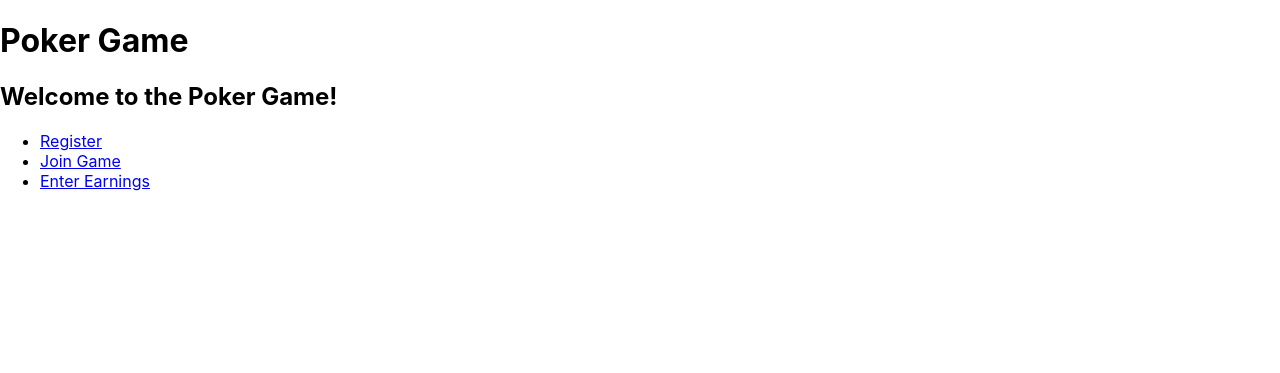
Repository: scripzy/poker-tracker
Page: / (app in poker-website/)
An editor plug-in stored every save of this project. The page is shown before and after the next save, followed by the edit.
The browser window is 1280 px wide. The pictures show the whole page.
The project was rebuilt for these pictures with package versions that can differ from the ones it lists, and the page was loaded fresh each time.

Above is the page before, as saved 2025-02-24 12:54:22.

### poker-website/src/index.js
import React from 'react';
import ReactDOM from 'react-dom/client';
import './index.css';
import App from './App';
import reportWebVitals from './reportWebVitals';

// Create the root element for React 18
const root = ReactDOM.createRoot(document.getElementById('root'));

// Render the App component with React StrictMode for development
root.render(
  <React.StrictMode>
    <App />
  </React.StrictMode>
);

// Report web vitals (performance)
reportWebVitals();

### poker-website/src/App.js
import React from 'react';
import { BrowserRouter as Router, Routes, Route } from 'react-router-dom';
import RegisterForm from './components/RegisterForm';
import CreateGameForm from './components/CreateGameForm';
import JoinGameForm from './components/JoinGameForm';
import EarningsForm from './components/EarningsForm';

function App() {
    return (
        <Router>
            <div className="App">
                <h1>Poker Game</h1>
                <Routes>
                    <Route path="/register" element={<RegisterForm />} />
                    <Route path="/join-game" element={<JoinGameForm />} />
                    <Route path="/earnings" element={<EarningsForm />} />
                    <Route path="/" element={<HomePage />} />
                </Routes>
            </div>
        </Router>
    );
}

function HomePage() {
    return (
        <div>
            <h2>Welcome to the Poker Game!</h2>
            <nav>
                <ul>
                    <li><a href="/register">Register</a></li>
                    <li><a href="/join-game">Join Game</a></li>
                    <li><a href="/earnings">Enter Earnings</a></li>
                </ul>
            </nav>
        </div>
    );
}

export default App;

### poker-website/src/components/CreateGameForm.js
import React, { useState } from 'react';

function CreateGameForm() {
    // Component logic here...
}

export default CreateGameForm;  // Default export

### poker-website/src/components/RegisterForm.js
import React, { useState } from 'react';

function RegisterForm() {
    const [username, setUsername] = useState('');
    const [email, setEmail] = useState('');
    const [password, setPassword] = useState('');

    const handleSubmit = (e) => {
        e.preventDefault();
        console.log('User registered:', { username, email, password });
    };

    return (
        <section id="register">
            <h2>Register</h2>
            <form onSubmit={handleSubmit}>
                <label htmlFor="username">Username:</label>
                <input
                    type="text"
                    id="username"
                    value={username}
                    onChange={(e) => setUsername(e.target.value)}
                    required
                />
                <label htmlFor="email">Email:</label>
                <input
                    type="email"
                    id="email"
                    value={email}
                    onChange={(e) => setEmail(e.target.value)}
                    required
                />
                <label htmlFor="password">Password:</label>
                <input
                    type="password"
                    id="password"
                    value={password}
                    onChange={(e) => setPassword(e.target.value)}
                    required
                />
                <button type="submit">Register</button>
            </form>
        </section>
    );
}

export default RegisterForm; // Default export

### poker-website/src/components/JoinGameForm.js
import React, { useState } from 'react';

function JoinGameForm() {
    const [gameCode, setGameCode] = useState('');

    const handleSubmit = (e) => {
        e.preventDefault();
        console.log('Joining game with code:', gameCode);
        // Here, you can verify the game code with the backend and allow the player to join the game.
    };

    return (
        <section id="join-game">
            <h2>Join Game</h2>
            <form onSubmit={handleSubmit}>
                <label htmlFor="gameCode">Enter Game Code:</label>
                <input
                    type="text"
                    id="gameCode"
                    value={gameCode}
                    onChange={(e) => setGameCode(e.target.value)}
                    required
                    placeholder="Enter the game code"
                />
                <button type="submit">Join Game</button>
            </form>
        </section>
    );
}

export default JoinGameForm;

### poker-website/src/components/EarningsForm.js
import React, { useState } from 'react';

function EarningsForm() {
    const [earnings, setEarnings] = useState('');

    const handleSubmit = (e) => {
        e.preventDefault();
        console.log('Earnings submitted:', earnings);
        // You can send this earnings data to the backend here.
    };

    return (
        <section id="earnings">
            <h2>Enter Your Earnings</h2>
            <form onSubmit={handleSubmit}>
                <label htmlFor="earnings">Earnings:</label>
                <input
                    type="number"
                    id="earnings"
                    value={earnings}
                    onChange={(e) => setEarnings(e.target.value)}
                    required
                    placeholder="Enter your earnings"
                />
                <button type="submit">Submit Earnings</button>
            </form>
        </section>
    );
}

export default EarningsForm;

Loaded but not shown: poker-website/public/index.html (common file); poker-website/src/index.css (common file); poker-website/src/reportWebVitals.js (common file)

After the next save:
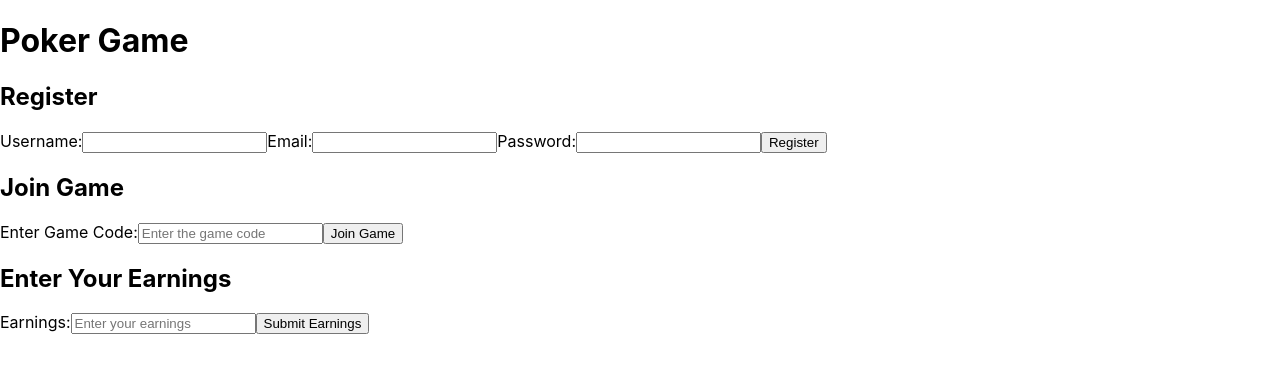
Saved 46 s later.
--- a/poker-website/src/App.js
+++ b/poker-website/src/App.js
@@ -1,5 +1,4 @@
 import React from 'react';
-import { BrowserRouter as Router, Routes, Route } from 'react-router-dom';
 import RegisterForm from './components/RegisterForm';
 import CreateGameForm from './components/CreateGameForm';
 import JoinGameForm from './components/JoinGameForm';
@@ -7,31 +6,12 @@ import EarningsForm from './components/EarningsForm';
 
 function App() {
     return (
-        <Router>
-            <div className="App">
-                <h1>Poker Game</h1>
-                <Routes>
-                    <Route path="/register" element={<RegisterForm />} />
-                    <Route path="/join-game" element={<JoinGameForm />} />
-                    <Route path="/earnings" element={<EarningsForm />} />
-                    <Route path="/" element={<HomePage />} />
-                </Routes>
-            </div>
-        </Router>
-    );
-}
-
-function HomePage() {
-    return (
-        <div>
-            <h2>Welcome to the Poker Game!</h2>
-            <nav>
-                <ul>
-                    <li><a href="/register">Register</a></li>
-                    <li><a href="/join-game">Join Game</a></li>
-                    <li><a href="/earnings">Enter Earnings</a></li>
-                </ul>
-            </nav>
+        <div className="App">
+            <h1>Poker Game</h1>
+            {/* You can render components directly now */}
+            <RegisterForm />
+            <JoinGameForm />
+            <EarningsForm />
         </div>
     );
 }
